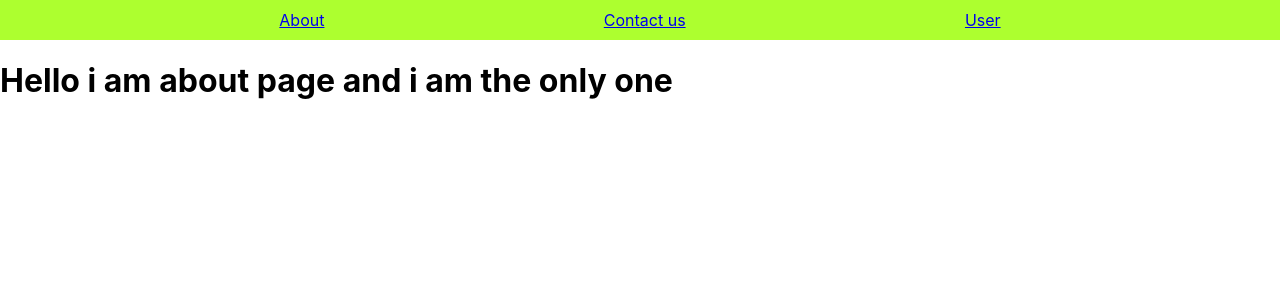
Repository: shah-zx/Pokemon
Page: /about
The author's editor kept a copy of each file at every save. The page is drawn from the files as they stood at one save, then again after the next save.
The browser window is 1280 px wide. The pictures show the whole page.
The project was rebuilt for these pictures with package versions that can differ from the ones it lists, and the page was loaded fresh each time. Also part of the build but not shown: src/App.css, src/components/ComA.jsx, src/components/Contact.jsx, src/components/User.jsx.

Above is the page before, as saved 2021-11-21 21:02:31.

After the next save:
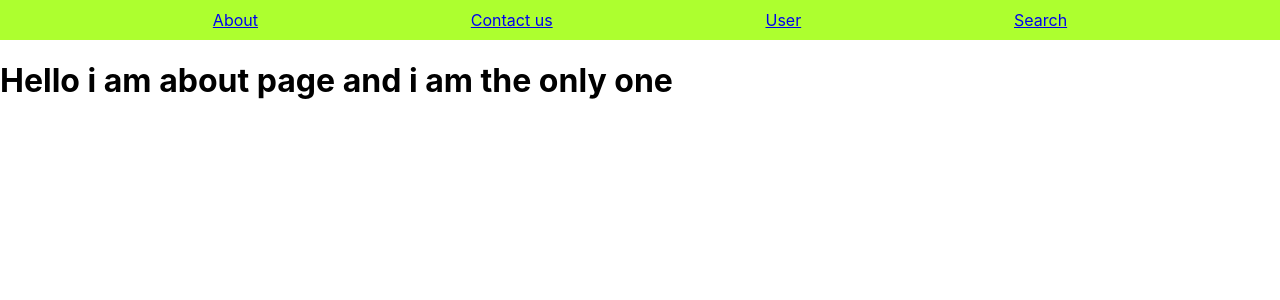
Saved 79 s later.
--- a/src/components/Navbar.jsx
+++ b/src/components/Navbar.jsx
@@ -8,6 +8,7 @@ function Navbar() {
         <Link activeClassName = "active_class" to = "/about">About</Link>
         <Link activeClassName = "active_class" to = "/contact">Contact us</Link>
         <Link activeClassName = "active_class" to = "/user">User</Link>
+        <Link activeClassName = "active_class" to = "/user">Search</Link>
         </div>
         </>
     )
